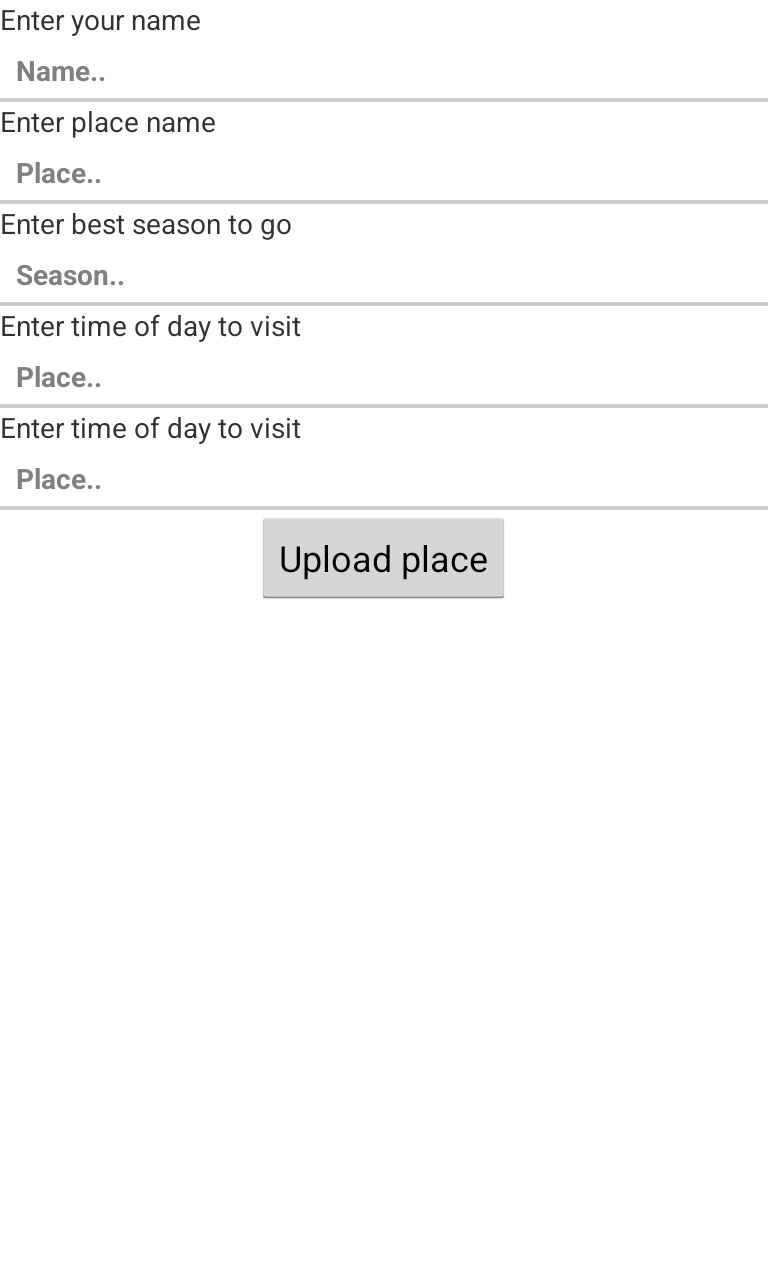
Repository: sandeshshetty/TravelZeus
Layout: TravelZeus/res/layout/fragment_insert_info.xml
The author's editor kept a copy of each file at every save. The layout is drawn from the files as they stood at one save, then again after the next save.
It is drawn on a 768 x 1280 px phone screen (xhdpi) without system bars, with theme AppTheme; the app's code is not run.

Above is the layout before, as saved 2015-05-16 17:35:08.

### TravelZeus/res/layout/fragment_insert_info.xml
<?xml version="1.0" encoding="utf-8"?>
<LinearLayout xmlns:android="http://schemas.android.com/apk/res/android"
    android:layout_width="match_parent"
    android:layout_height="match_parent"
    android:orientation="vertical">

    <TextView
        android:layout_width="match_parent"
        android:layout_height="wrap_content"
        android:text="Enter your name" />

    <EditText
        android:id="@+id/userInputName"
        android:layout_height="wrap_content"
    	android:layout_width="match_parent"
    	android:hint="Name.."
    	style="?android:listSeparatorTextViewStyle" />

    <TextView
        android:layout_width="match_parent"
        android:layout_height="wrap_content"
        android:text="Enter place name" />

    <EditText
        android:id="@+id/userInputPlace"
        android:layout_height="wrap_content"
    	android:layout_width="match_parent"
    	android:hint="Place.."
    	style="?android:listSeparatorTextViewStyle" />

    <TextView
        android:layout_width="match_parent"
        android:layout_height="wrap_content"
        android:text="Enter best season to go" />

    <EditText
        android:id="@+id/userInputSeason"
        android:layout_height="wrap_content"
    	android:layout_width="match_parent"
    	android:hint="Season.."
    	style="?android:listSeparatorTextViewStyle" />

    <TextView
        android:layout_width="match_parent"
        android:layout_height="wrap_content"
        android:text="Enter time of day to visit" />

    <EditText
        android:id="@+id/userInputTime"
        android:layout_height="wrap_content"
    	android:layout_width="match_parent"
    	android:hint="Place.."
    	style="?android:listSeparatorTextViewStyle" />

    <TextView
        android:layout_width="match_parent"
        android:layout_height="wrap_content"
        android:text="Enter time of day to visit" />

    <EditText
        android:id="@+id/userComments"
        android:layout_height="wrap_content"
    	android:layout_width="match_parent"
    	android:hint="Place.."
    	style="?android:listSeparatorTextViewStyle" />

     <Button
        android:id="@+id/userInputUpload"
        android:layout_width="wrap_content"
        android:layout_height="wrap_content"
       	android:layout_gravity="center_horizontal"
       	android:text="Upload place" />

</LinearLayout>

Loaded but not shown: TravelZeus/res/values/styles.xml (common file); TravelZeus/res/values-v11/styles.xml (common file); TravelZeus/res/values-v14/styles.xml (common file)

After the next save:
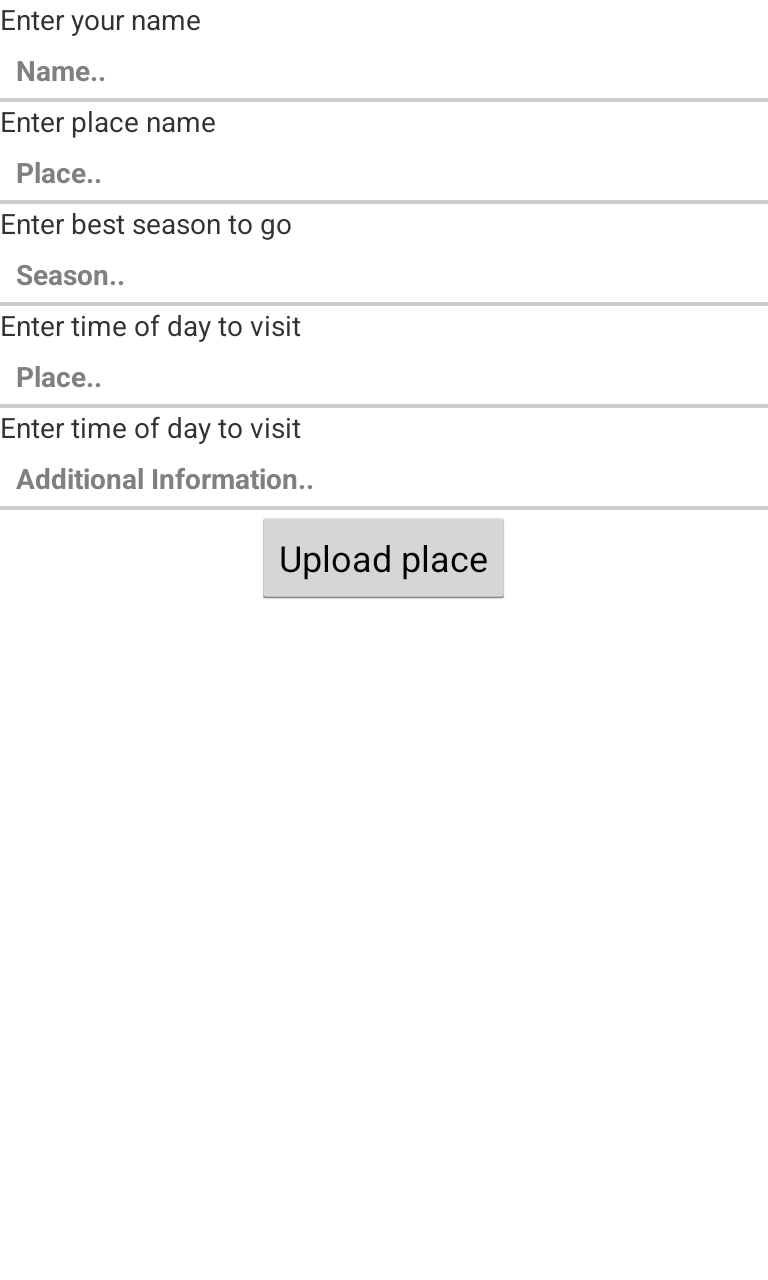
Saved 18 s later.
--- a/TravelZeus/res/layout/fragment_insert_info.xml
+++ b/TravelZeus/res/layout/fragment_insert_info.xml
@@ -61,7 +61,7 @@
         android:id="@+id/userComments"
         android:layout_height="wrap_content"
     	android:layout_width="match_parent"
-    	android:hint="Place.."
+    	android:hint="Additional Information.."
     	style="?android:listSeparatorTextViewStyle" />
 
      <Button
